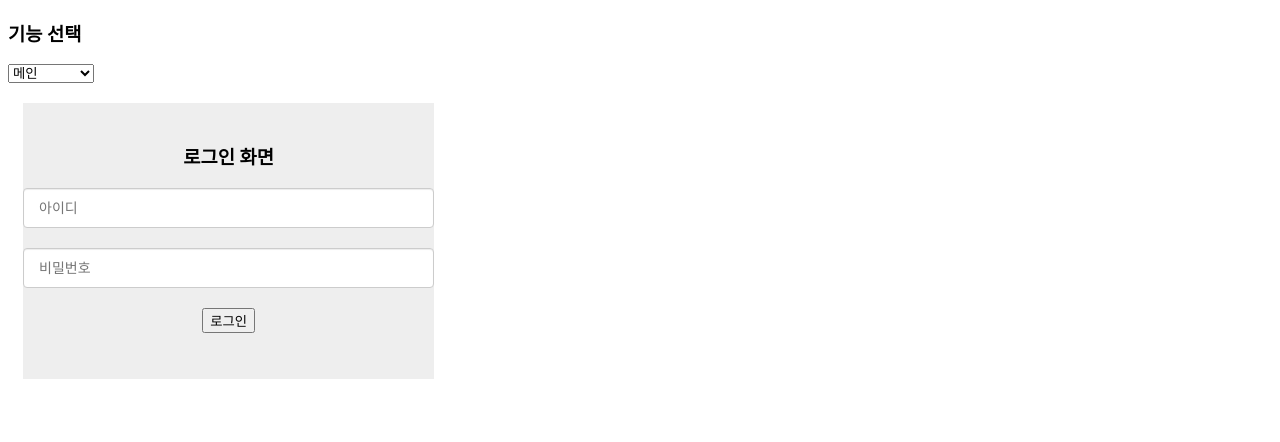
Repository: minjikimkim2222/BBS
Page: http://localhost/BBS/login.jsp
An editor plug-in stored every save of this project. The page is shown before and after the next save, followed by the edit.
The browser window is 1280 px wide. The pictures show the whole page.
The page is served by Tomcat 9.

Above is the page before, as saved 2024-01-01 07:22:10.

After the next save:
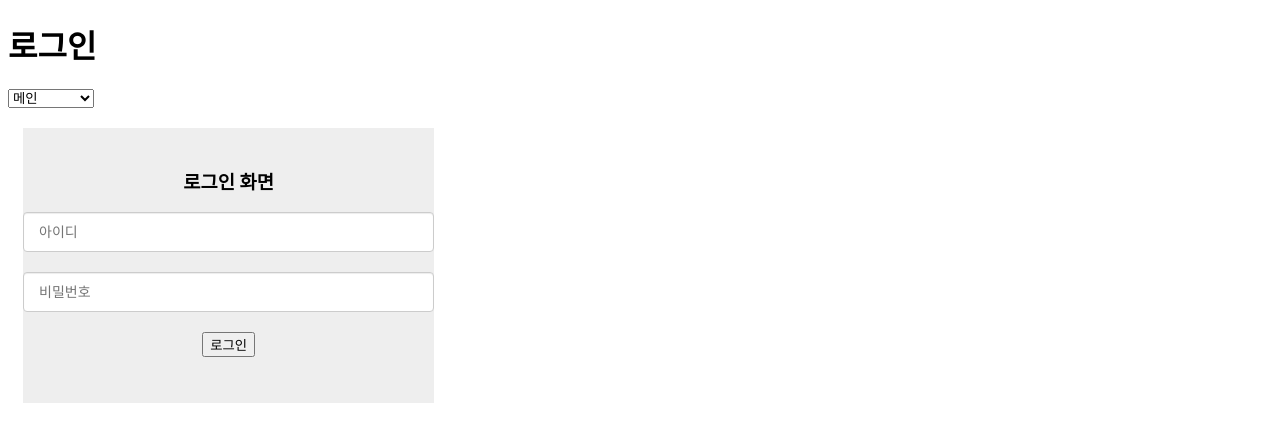
Saved 8 min 4 s later.
--- a/BBS/src/main/webapp/login.jsp
+++ b/BBS/src/main/webapp/login.jsp
@@ -10,7 +10,7 @@
 </head>
 <body>
 
-	<h3> 기능 선택</h3>
+	<h1>로그인</h1>
 
 	<form action="" name="loginSelect">
 		<select name = "loginList" onchange = "location = document.loginSelect.loginList.value" style="margin-bottom: 20px;">

After the save that followed:
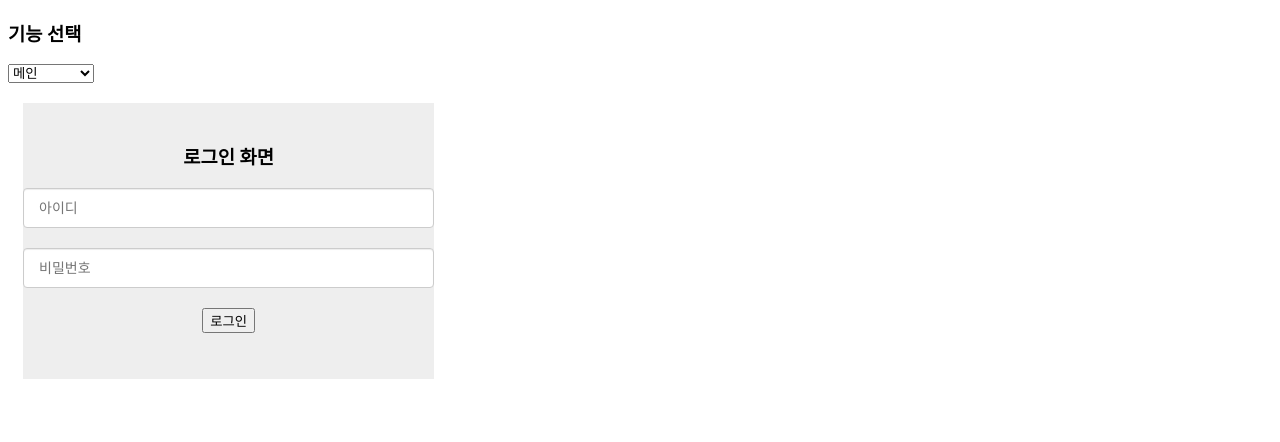
Saved 15 s later.
--- a/BBS/src/main/webapp/login.jsp
+++ b/BBS/src/main/webapp/login.jsp
@@ -10,7 +10,7 @@
 </head>
 <body>
 
-	<h1>로그인</h1>
+	<h3> 기능 선택</h3>
 
 	<form action="" name="loginSelect">
 		<select name = "loginList" onchange = "location = document.loginSelect.loginList.value" style="margin-bottom: 20px;">
